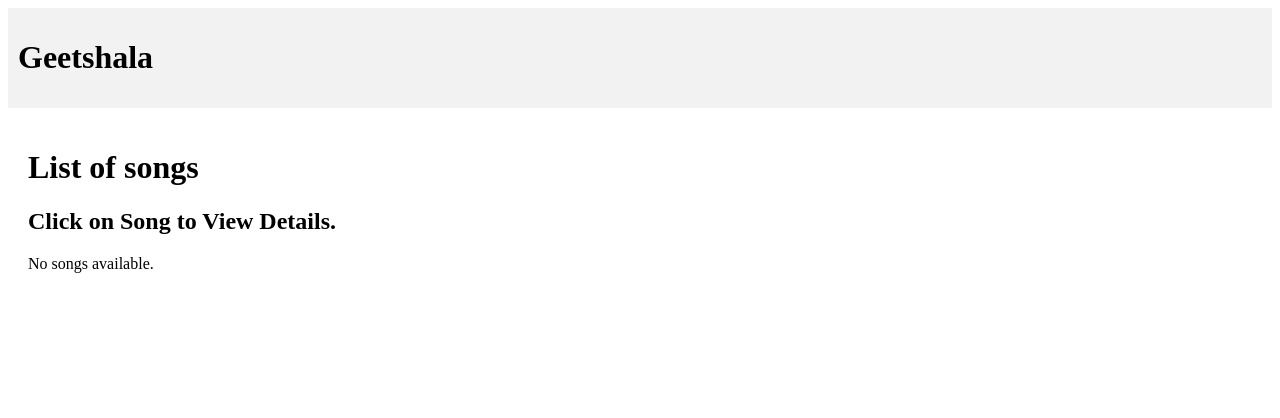
Repository: thagunnaharish1-netizen/GeetShala
Page: http://localhost/songs/
The author's editor kept a copy of each file at every save. The page is drawn from the files as they stood at one save, then again after the next save.
The browser window is 1280 px wide. The pictures show the whole page.
The page is served by the project's application, run on Django 5.2 (manage.py).

Above is the page before, as saved 2026-09-01 19:36:04.

After the next save:
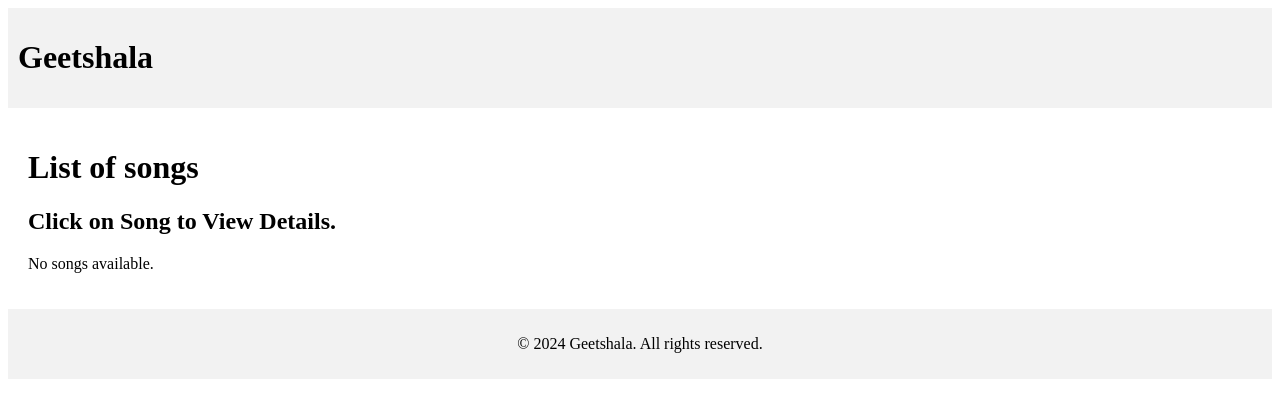
Saved 1 s later.
--- a/songs/templates/song_list.html
+++ b/songs/templates/song_list.html
@@ -1,28 +1,14 @@
-<!DOCTYPE html>
-<html lang="en">
-<head>
-    <meta charset="UTF-8">
-    <meta name="viewport" content="width=device-width, initial-scale=1.0">
-    <title>Geetshala</title>
-</head>
-<body>
-    <header style="background-color: #f2f2f2; padding: 10px;">
-        <h1>Geetshala</h1>
-    </header>
-    <main style="padding: 20px;">
-
-        <h1>List of songs</h1>
-        <h2>Click on Song to View Details.</h2>
-        {% if songs %}
-            <p>List of {{ songs|length }} songs</p>
-            {% for song in songs %}
-                <p><a href="{% url 'song_detail' song.id %}">{{ song.title }} by {{ song.artist }}</a></p>
-            {% endfor %}
-        {% else %}
-            <p>No songs available.</p>
-        {% endif %}
-    </main>
-
-
-</body>
-</html>
+{% extends 'base.html' %}
+{% block title %}Song List{% endblock %}
+{% block content %}
+    <h1>List of songs</h1>
+    <h2>Click on Song to View Details.</h2>
+    {% if songs %}
+        <p>List of {{ songs|length }} songs</p>
+        {% for song in songs %}
+            <p><a href="{% url 'song_detail' song.id %}">{{ song.title }} by {{ song.artist }}</a></p>
+        {% endfor %}
+    {% else %}
+        <p>No songs available.</p>
+    {% endif %}
+{% endblock %}
